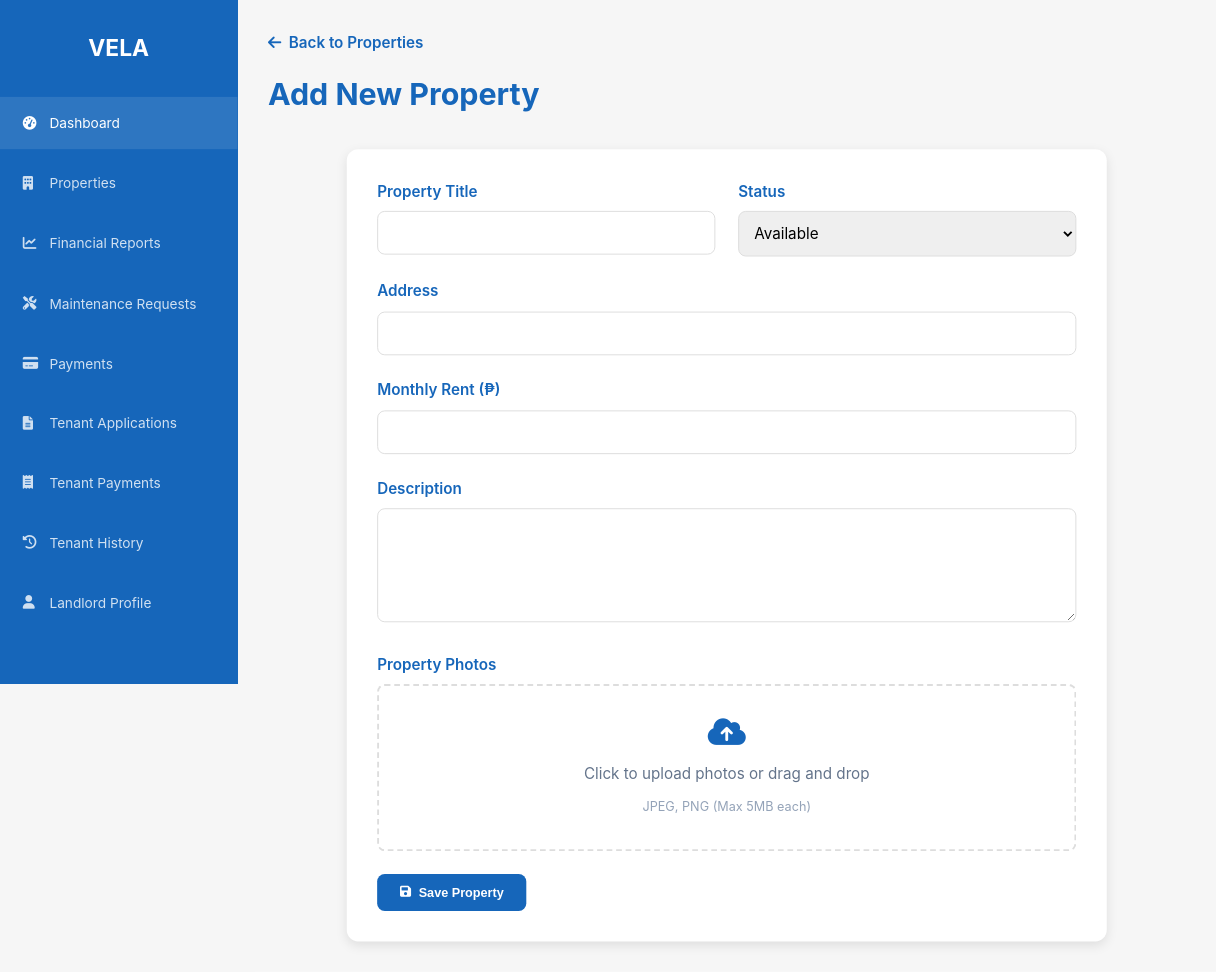
Repository: rizzerk/vela
Page: http://localhost/vela/LANDLORD/add-property.php
The author's editor kept a copy of each file at every save. The page is drawn from the files as they stood at one save, then again after the next save.
The browser window is 1280 px wide. The pictures show the whole page, at 95% of full size.
The page is run by PHP 8.4 with error messages shown; the project is at /var/www/html/.

Above is the page before, as saved 2025-06-25 20:00:46.

After the next save:
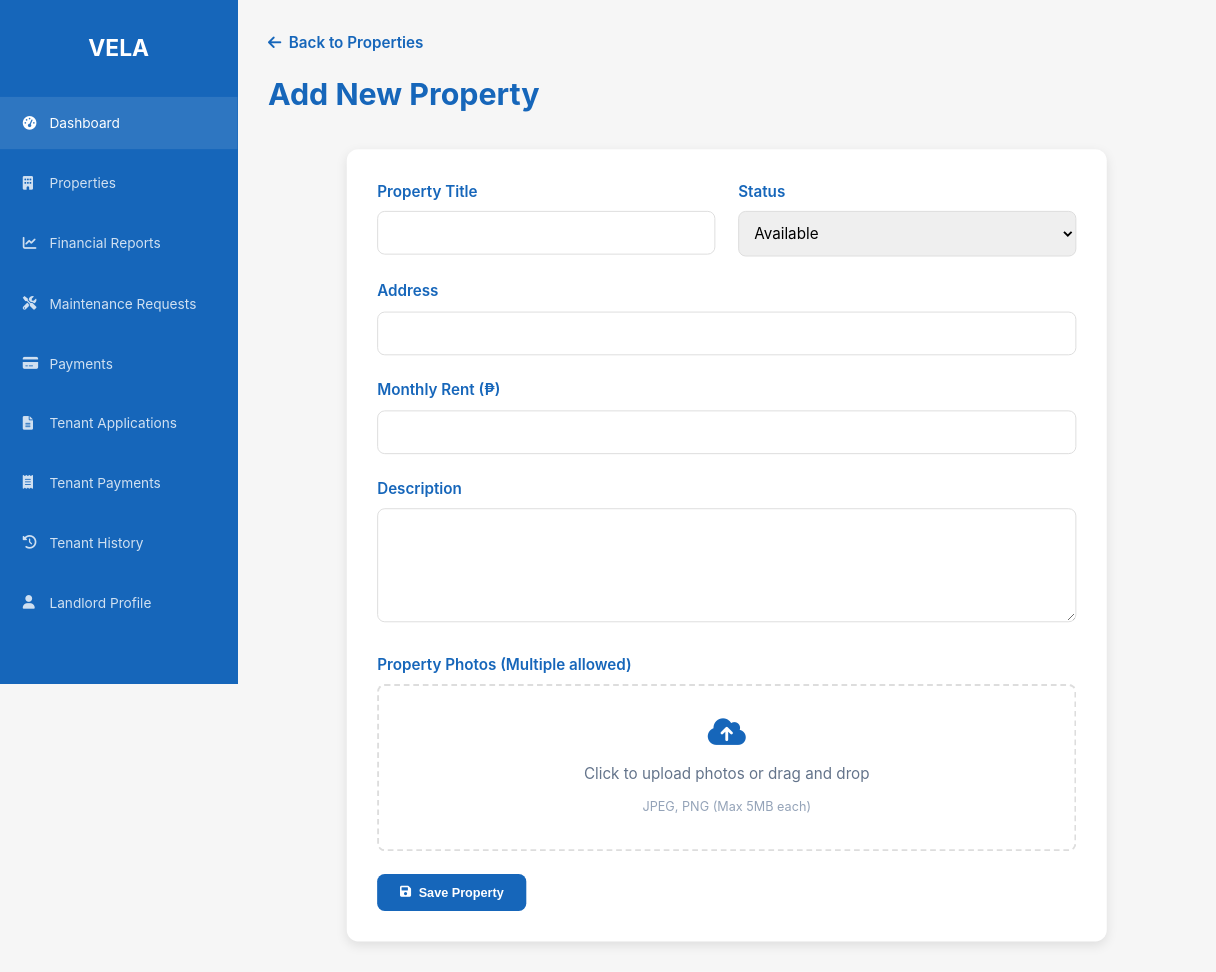
Saved 29 min 53 s later.
--- a/LANDLORD/add-property.php
+++ b/LANDLORD/add-property.php
@@ -253,20 +253,29 @@ if ($_SERVER['REQUEST_METHOD'] === 'POST') {
     </style>
 </head>
 <body>
-    <?php include ('../includes/navbar/landlord-sidebar.html'); ?>
-
-    <div class="main-content">
-        <div class="header">
-            <a href="properties.php" class="back-btn">
-                <i class="fas fa-arrow-left"></i> Back to Properties
-            </a>
-            <h1>Add New Property</h1>
-        </div>
-
-        <div class="form-container">
-            <?php if (!empty($error)): ?>
-                <div class="error-message"><?php echo $error; ?></div>
-            <?php endif; ?>
+<?php include ('../includes/navbar/landlord-sidebar.html'); ?>
+
+<div class="main-content">
+    <div class="header">
+        <a href="properties.php" class="back-btn">
+            <i class="fas fa-arrow-left"></i> Back to Properties
+        </a>
+        <h1>Add New Property</h1>
+    </div>
+
+    <div class="form-container">
+        <?php if (!empty($error)): ?>
+            <div class="error-message">
+                <i class="fas fa-exclamation-circle"></i> <?php echo $error; ?>
+            </div>
+        <?php endif; ?>
+
+        <?php if (isset($_GET['success'])): ?>
+            <div class="success-message">
+                <i class="fas fa-check-circle"></i> Property added successfully!
+            </div>
+        <?php endif; ?>
+
 
             <form action="add-property.php" method="POST" enctype="multipart/form-data">
                 <div class="form-row">
@@ -303,8 +312,8 @@ if ($_SERVER['REQUEST_METHOD'] === 'POST') {
                 </div>
 
                 <div class="form-group">
-                    <label>Property Photos</label>
-                    <div class="file-upload" onclick="document.getElementById('photos').click()">
+                    <label>Property Photos (Multiple allowed)</label>
+                    <div class="file-upload" id="drop-area">
                         <i class="fas fa-cloud-upload-alt"></i>
                         <p>Click to upload photos or drag and drop</p>
                         <small>JPEG, PNG (Max 5MB each)</small>
@@ -322,20 +331,68 @@ if ($_SERVER['REQUEST_METHOD'] === 'POST') {
     </div>
 
     <script>
+        // Enhanced file handling with drag and drop
+        const dropArea = document.getElementById('drop-area');
+
+        // Prevent default drag behaviors
+        ['dragenter', 'dragover', 'dragleave', 'drop'].forEach(eventName => {
+            dropArea.addEventListener(eventName, preventDefaults, false);
+        });
+
+        function preventDefaults(e) {
+            e.preventDefault();
+            e.stopPropagation();
+        }
+
+        // Highlight drop area when item is dragged over it
+        ['dragenter', 'dragover'].forEach(eventName => {
+            dropArea.addEventListener(eventName, highlight, false);
+        });
+
+        ['dragleave', 'drop'].forEach(eventName => {
+            dropArea.addEventListener(eventName, unhighlight, false);
+        });
+
+        function highlight() {
+            dropArea.style.borderColor = '#1666ba';
+            dropArea.style.backgroundColor = 'rgba(22, 102, 186, 0.1)';
+        }
+
+        function unhighlight() {
+            dropArea.style.borderColor = '#ddd';
+            dropArea.style.backgroundColor = 'transparent';
+        }
+
+        // Handle dropped files
+        dropArea.addEventListener('drop', handleDrop, false);
+
+        function handleDrop(e) {
+            const dt = e.dataTransfer;
+            const files = dt.files;
+            document.getElementById('photos').files = files;
+            showFileNames(document.getElementById('photos'));
+        }
+
+        // File list display
         function showFileNames(input) {
             const fileList = document.getElementById('file-list');
             fileList.innerHTML = '';
 
             if (input.files.length > 0) {
-                fileList.style.display = 'block';
-
                 for (let i = 0; i < input.files.length; i++) {
                     const fileItem = document.createElement('div');
                     fileItem.className = 'file-item';
 
+                    let preview = '';
+                    if (input.files[i].type.match('image.*')) {
+                        const url = URL.createObjectURL(input.files[i]);
+                        preview = `<img src="${url}" class="preview-image" alt="Preview">`;
+                    }
+
                     fileItem.innerHTML = `
-                        <i class="fas fa-image"></i>
+                        ${preview}
                         <span class="file-item-name">${input.files[i].name}</span>
+                        <span class="file-item-size">(${(input.files[i].size / 1024 / 1024).toFixed(2)} MB)</span>
                         <span class="file-item-remove" onclick="removeFile(this, ${i})">
                             <i class="fas fa-times"></i>
                         </span>
@@ -343,8 +400,6 @@ if ($_SERVER['REQUEST_METHOD'] === 'POST') {
 
                     fileList.appendChild(fileItem);
                 }
-            } else {
-                fileList.style.display = 'none';
             }
         }
 
@@ -353,12 +408,10 @@ if ($_SERVER['REQUEST_METHOD'] === 'POST') {
             const files = Array.from(input.files);
             files.splice(index, 1);
 
-            // Create new DataTransfer object and set the files
             const dataTransfer = new DataTransfer();
             files.forEach(file => dataTransfer.items.add(file));
             input.files = dataTransfer.files;
 
-            // Update the file list display
             showFileNames(input);
         }
     </script>
